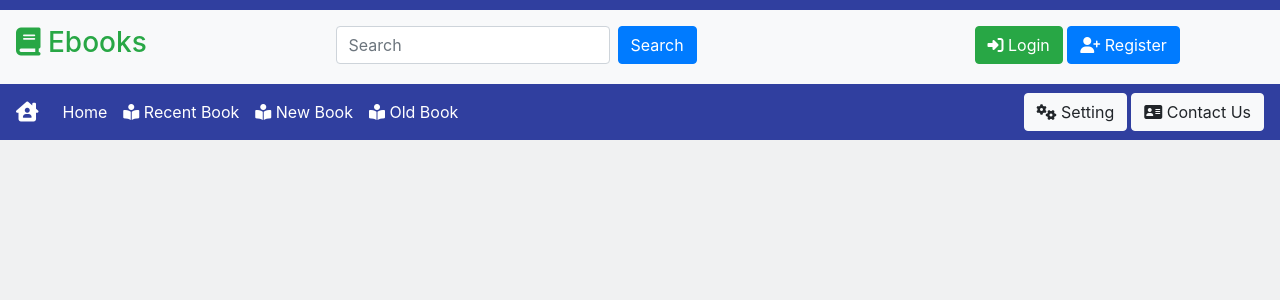
Repository: chittaranjan24/E-Books_Management_System
Page: http://localhost/Ebook-App/user_address.jsp
An editor plug-in stored every save of this project. The page is shown before and after the next save, followed by the edit.
The browser window is 1280 px wide. The pictures show the whole page.
Some web libraries are served in a nearby version. The page is served by Tomcat 9.

Above is the page before, as saved 2023-08-31 10:52:40.

After the next save:
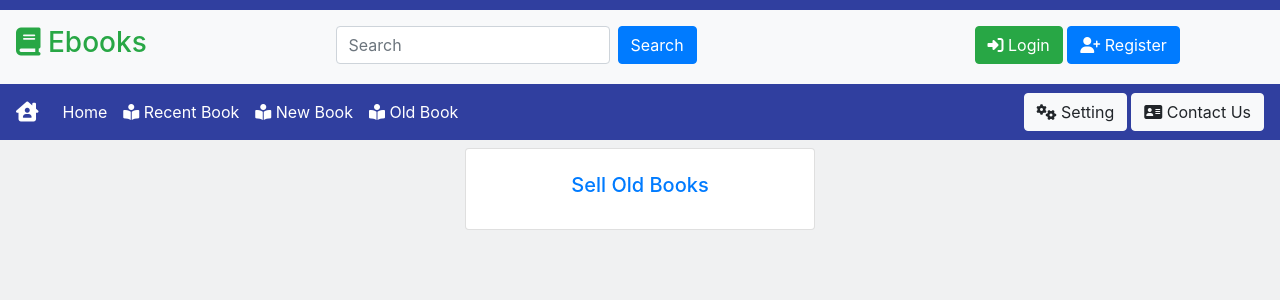
Saved 91 s later.
--- a/Ebook-App/src/main/webapp/user_address.jsp
+++ b/Ebook-App/src/main/webapp/user_address.jsp
@@ -10,5 +10,18 @@
 <body style="background-color: #f0f1f2;">
 	<%@include file="all_component/navbar.jsp"%>
 
+	<div class="container">
+		<div class="row">
+			<div class="col-md-4 offset-md-4 mt-2">
+				<div class="card">
+					<div class="card-body">
+						<h5 class="text-center text-primary p-1">Sell Old Books</h5>
+					</div>
+				</div>
+			</div>
+		</div>
+	</div>
+
+
 </body>
 </html>
